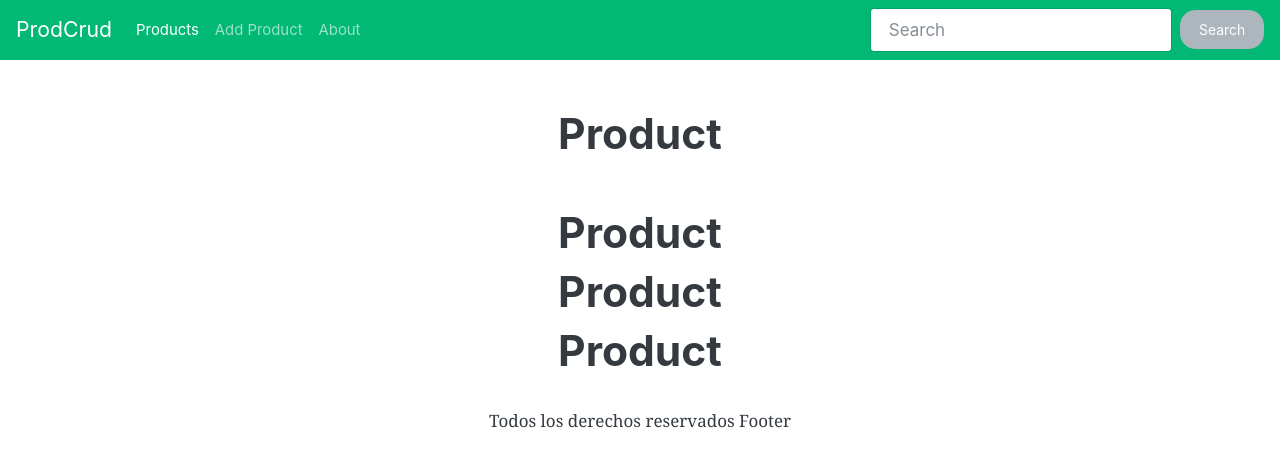
Repository: harrycampaz/router-reactjs
Page: /products
The author's editor kept a copy of each file at every save. The page is drawn from the files as they stood at one save, then again after the next save.
The browser window is 1280 px wide. The pictures show the whole page.
The project was rebuilt for these pictures with package versions that can differ from the ones it lists, and the page was loaded fresh each time. Requests to the local data server were answered from the project's data file. Also part of the build but not shown: src/components/Product/AddProduct.js, src/components/Product/EditProduct.js.

Above is the page before, as saved 2020-01-24 21:59:15.

### public/index.html
<!DOCTYPE html>
<html lang="en">
  <head>
    <meta charset="utf-8" />
    <link rel="icon" href="%PUBLIC_URL%/favicon.ico" />
    <meta name="viewport" content="width=device-width, initial-scale=1" />
    <meta name="theme-color" content="#000000" />
    <meta
      name="description"
      content="Web site created using create-react-app"
    />
    <link rel="apple-touch-icon" href="%PUBLIC_URL%/logo192.png" />
    <!--
      manifest.json provides metadata used when your web app is installed on a
      user's mobile device or desktop. See https://developers.google.com/web/fundamentals/web-app-manifest/
    -->
    <link rel="manifest" href="%PUBLIC_URL%/manifest.json" />
    <link rel="stylesheet" href="/css/bootstrap.min.css">
    <!--
      Notice the use of %PUBLIC_URL% in the tags above.
      It will be replaced with the URL of the `public` folder during the build.
      Only files inside the `public` folder can be referenced from the HTML.

      Unlike "/favicon.ico" or "favicon.ico", "%PUBLIC_URL%/favicon.ico" will
      work correctly both with client-side routing and a non-root public URL.
      Learn how to configure a non-root public URL by running `npm run build`.
    -->
    <title>React App</title>
  </head>
  <body>
    <noscript>You need to enable JavaScript to run this app.</noscript>
    <div id="root"></div>
    <!--
      This HTML file is a template.
      If you open it directly in the browser, you will see an empty page.

      You can add webfonts, meta tags, or analytics to this file.
      The build step will place the bundled scripts into the <body> tag.

      To begin the development, run `npm start` or `yarn start`.
      To create a production bundle, use `npm run build` or `yarn build`.
    -->
  </body>
</html>

### src/App.js
import React, { useState, useEffect } from 'react';
import axios from "axios";

import { BrowserRouter as Router, Route, Switch } from 'react-router-dom';
import Products from './components/Product/Products';
import AddProduct from './components/Product/AddProduct';
import EditProduct from './components/Product/EditProduct';
import Product from './components/Product/Product';
import Header from './ui/Header';
import Footer from './ui/Footer';


function App() {

  const [products, setProducts]= useState([]);

  useEffect(()=> {

    fetchApi();

  }, [])

  const fetchApi = async () => {
    const result = await axios.get('http://localhost:4000/store');

    console.log(result.data);

    setProducts(result.data);

  }


  return (
    <Router>
      <Header/>
      <main className="container mt-5">
        <Switch>
          <Route exact path ="/products" render={() => (
            <Products products={products}/>
          )}/>
          <Route exact path ="/add-product" component={AddProduct}/>
          <Route exact path ="/products/:id" component={Product}/>
          <Route exact path ="/products/editar/:id" component={EditProduct}/>
        </Switch>
      </main>
      <Footer />
    </Router>

  );
}

export default App;

### src/components/Product/Products.js
import React, { Fragment } from 'react';
import Product from './Product';

function Products({products}) {
    return (
        <Fragment>
  <h1 className="text-center">Product</h1>

  <ul className="list-group mt-5">
      {products.map(product => (
          <Product product={product}/>
      ))}
  </ul>
        </Fragment>

    );
}

export default Products;

### src/components/Product/Product.js
import React from 'react';

function Product({product}) {
    return (

        <h1 className="text-center">Product</h1>
    );
}

export default Product;

### src/ui/Header.js
import React from 'react';
import { Link, NavLink } from 'react-router-dom';

const Header = (props) => (
    <nav className="navbar navbar-expand-lg navbar-dark bg-dark">

    <NavLink to="/products" className="navbar-brand"> ProdCrud
          </NavLink>
    <button className="navbar-toggler" type="button" data-toggle="collapse" data-target="#navbarColor03" aria-controls="navbarColor03" aria-expanded="false" aria-label="Toggle navigation">
      <span className="navbar-toggler-icon"></span>
    </button>

    <div className="collapse navbar-collapse" id="navbarColor03">
      <ul className="navbar-nav mr-auto">
        <li className="nav-item active">
          <NavLink to="/products" className="nav-link" activeClassName="active" > Products
          </NavLink>
        </li>
        <li className="nav-item">
        <NavLink to="/add-product" className="nav-link"  activeClassName="active"> Add Product
          </NavLink>
        </li>

        <li className="nav-item">
          <a className="nav-link" href="#">About</a>
        </li>
      </ul>
      <form className="form-inline my-2 my-lg-0">
        <input className="form-control mr-sm-2" type="text" placeholder="Search" />
        <button className="btn btn-secondary my-2 my-sm-0" type="submit">Search</button>
      </form>
    </div>
</nav>
);

export default Header;

### src/ui/Footer.js
import React from 'react';

const Footer = (props) => (
            <div>
                <p className="mt-4 p2 text-center">
                Todos los derechos reservados Footer </p>
            </div>
    );

export default Footer;

### db.json
{
    "store" : [
        {
            "id": 1,
            "name": "Nike Vapor",
            "precio": "300",
            "description": "Tenis muy comodas"
        },
        {
            "id": 2,
            "name": "Camiseta Jordan",
            "precio": "50",
            "description": "Camiseta tipo buso"
        },
        {
            "id": 3,
            "name": "Camisilla Tommy",
            "precio": "30",
            "description": "Camisilla de tela fria"
        }
    ]
}

Loaded but not shown: src/index.js (common file); src/index.css (common file); src/serviceWorker.js (common file); public/css/bootstrap.min.css (library)

After the next save:
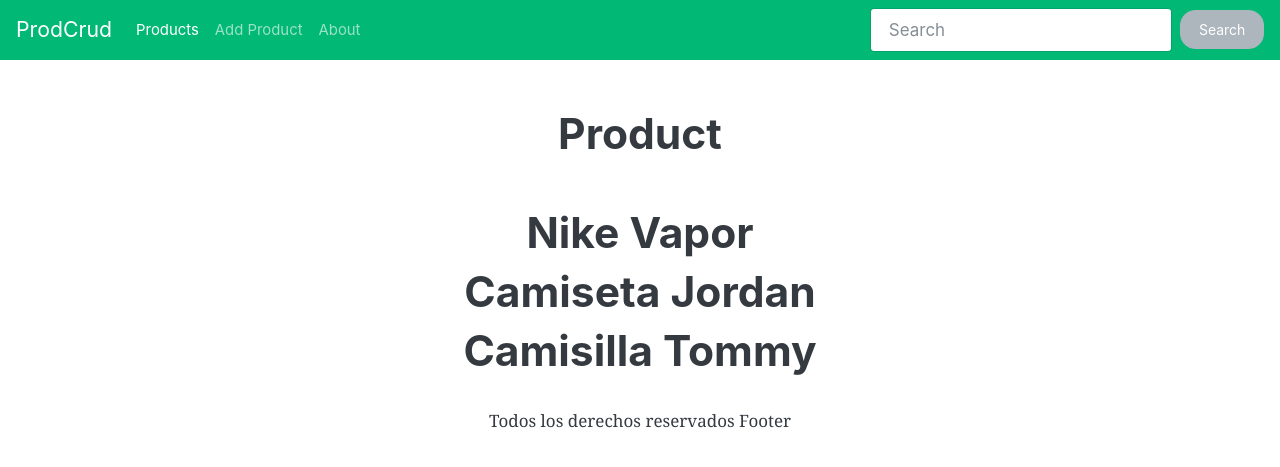
Saved 9 s later.
--- a/src/components/Product/Product.js
+++ b/src/components/Product/Product.js
@@ -3,7 +3,7 @@
 function Product({product}) {
     return (
 
-        <h1 className="text-center">Product</h1>
+        <h1 className="text-center">{product.name}</h1>
     );
 }
 
